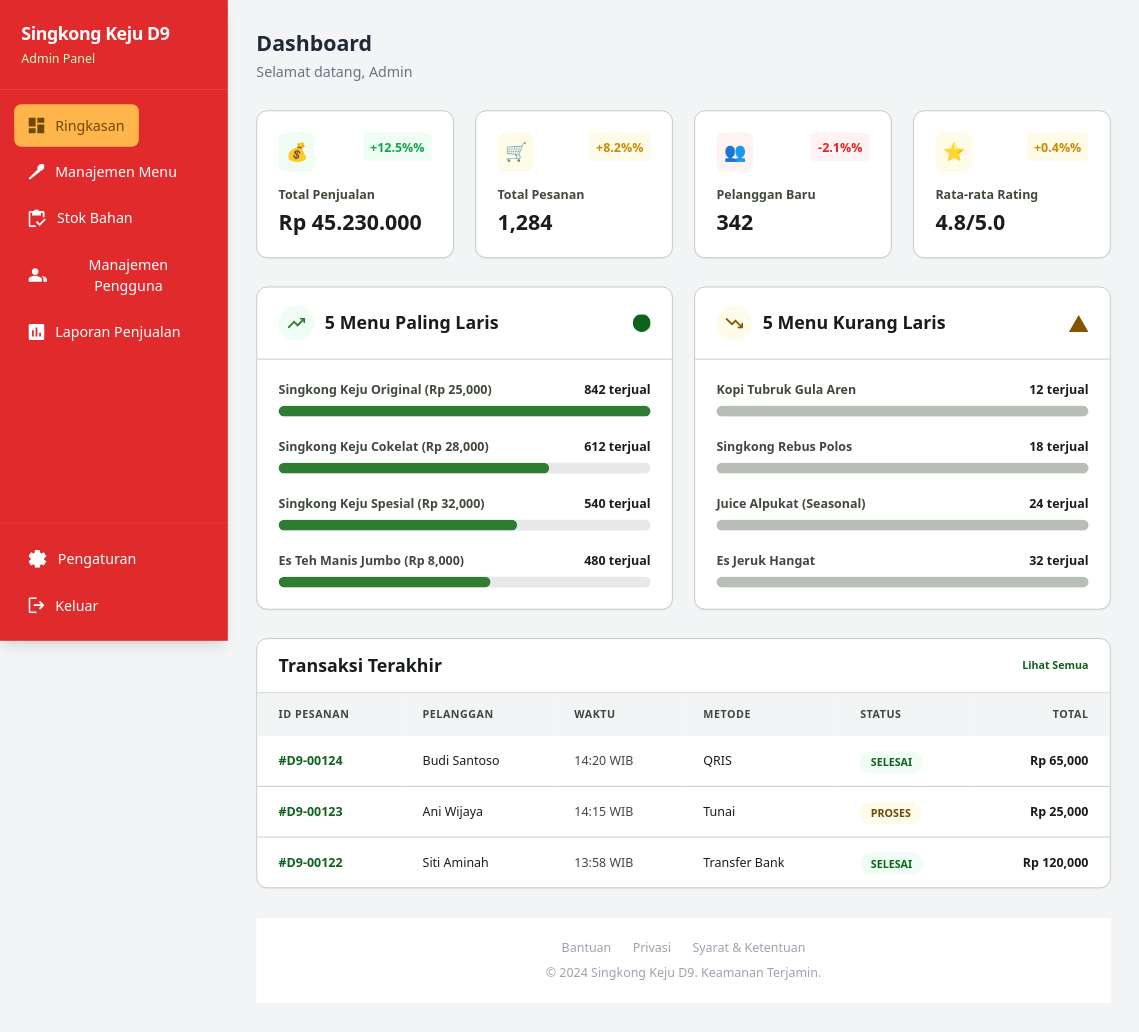
Repository: Warfail/restoran-frontend
Page: /admin
The author's editor kept a copy of each file at every save. The page is drawn from the files as they stood at one save, then again after the next save.
The browser window is 1280 px wide. The pictures show the whole page, at 89% of full size.
The project was rebuilt for these pictures with package versions that can differ from the ones it lists, and the page was loaded fresh each time. Also part of the build but not shown: vite.config.js, src/pages/LoginPage.jsx, src/pages/SalesReportPage.jsx, src/pages/UserListPage.jsx, src/pages/UserManagementpage.jsx.

Above is the page before, as saved 2026-06-15 19:09:46.

After the next save:
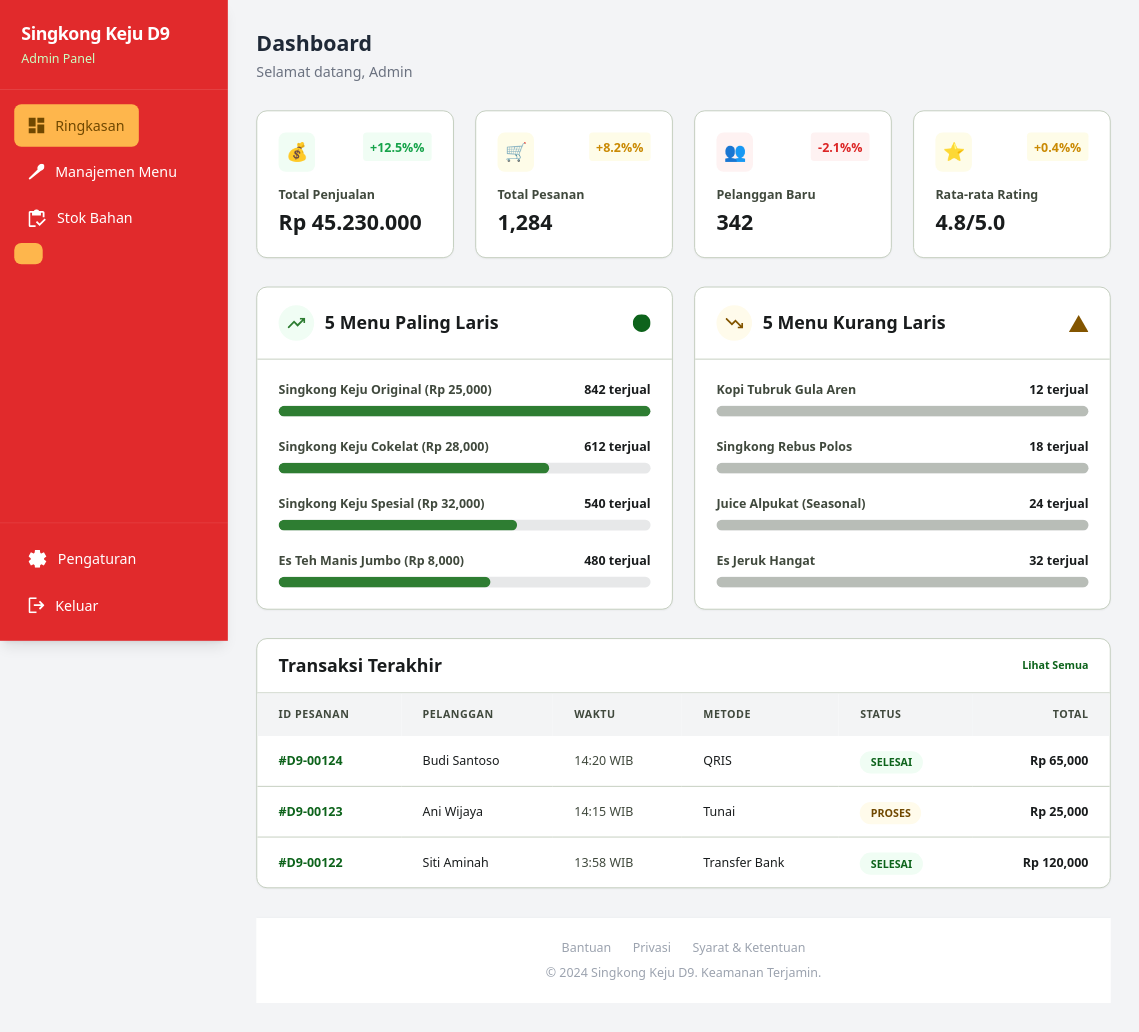
Saved 98 s later.
--- a/src/components/admin/Sidebar.jsx
+++ b/src/components/admin/Sidebar.jsx
@@ -39,21 +39,13 @@
           Stok Bahan
         </button>
 
-        <button onClick={() => navigate("/users")} className="flex items-center gap-3 px-4 py-3 text-white hover:bg-white/10 rounded-lg transition">
-          <svg width="22" height="16" viewBox="0 0 22 16" fill="white">
-            <path d="M0 16V13.2C0 12.6333 0.145833 12.1125 0.4375 11.6375C0.729167 11.1625 1.11667 10.8 1.6 10.55C2.63333 10.0333 3.68333 9.64583 4.75 9.3875C5.81667 9.12917 6.9 9 8 9C9.1 9 10.1833 9.12917 11.25 9.3875C12.3167 9.64583 13.3667 10.0333 14.4 10.55C14.8833 10.8 15.2708 11.1625 15.5625 11.6375C15.8542 12.1125 16 12.6333 16 13.2V16H0Z"/>
-            <path d="M18 16V13C18 12.2667 17.7958 11.5625 17.3875 10.8875C16.9792 10.2125 16.4 9.63333 15.65 9.15C16.5 9.25 17.3 9.42083 18.05 9.6625C18.8 9.90417 19.5 10.2 20.15 10.55C20.75 10.8833 21.2083 11.2542 21.525 11.6625C21.8417 12.0708 22 12.5167 22 13V16H18Z"/>
-            <path d="M8 8C6.9 8 5.95833 7.60833 5.175 6.825C4.39167 6.04167 4 5.1 4 4C4 2.9 4.39167 1.95833 5.175 1.175C5.95833 0.391667 6.9 0 8 0C9.1 0 10.0417 0.391667 10.825 1.175C11.6083 1.95833 12 2.9 12 4C12 5.1 11.6083 6.04167 10.825 6.825C10.0417 7.60833 9.1 8 8 8Z"/>
-          </svg>
-          Manajemen Pengguna
-        </button>
+        <button onClick={() => navigate("/admin")} className="flex items-center gap-3 px-4 py-3 bg-[#FEB64C] text-[#704800] rounded-lg font-medium">
+  {/* icon & teks Ringkasan */}
+</button>
 
-        <button onClick={() => navigate("/admin/reports")} className="flex items-center gap-3 px-4 py-3 text-white hover:bg-white/10 rounded-lg transition">
-          <svg width="18" height="18" viewBox="0 0 18 18" fill="white">
-            <path d="M4 14H6V7H4V14ZM8 14H10V4H8V14ZM12 14H14V10H12V14ZM2 18C1.45 18 0.979167 17.8042 0.5875 17.4125C0.195833 17.0208 0 16.55 0 16V2C0 1.45 0.195833 0.979167 0.5875 0.5875C0.979167 0.195833 1.45 0 2 0H16C16.55 0 17.0208 0.195833 17.4125 0.5875C17.8042 0.979167 18 1.45 18 2V16C18 16.55 17.8042 17.0208 17.4125 17.4125C17.0208 17.8042 16.55 18 16 18H2Z"/>
-          </svg>
-          Laporan Penjualan
-        </button>
+<button onClick={() => navigate("/reports")} className="flex items-center gap-3 px-4 py-3 text-white hover:bg-white/10 rounded-lg transition">
+  {/* icon & teks Laporan Penjualan */}
+</button>
       </nav>
 
       <div className="absolute bottom-0 left-0 right-0 p-4 border-t border-white/10">

After the 5 saves that followed:
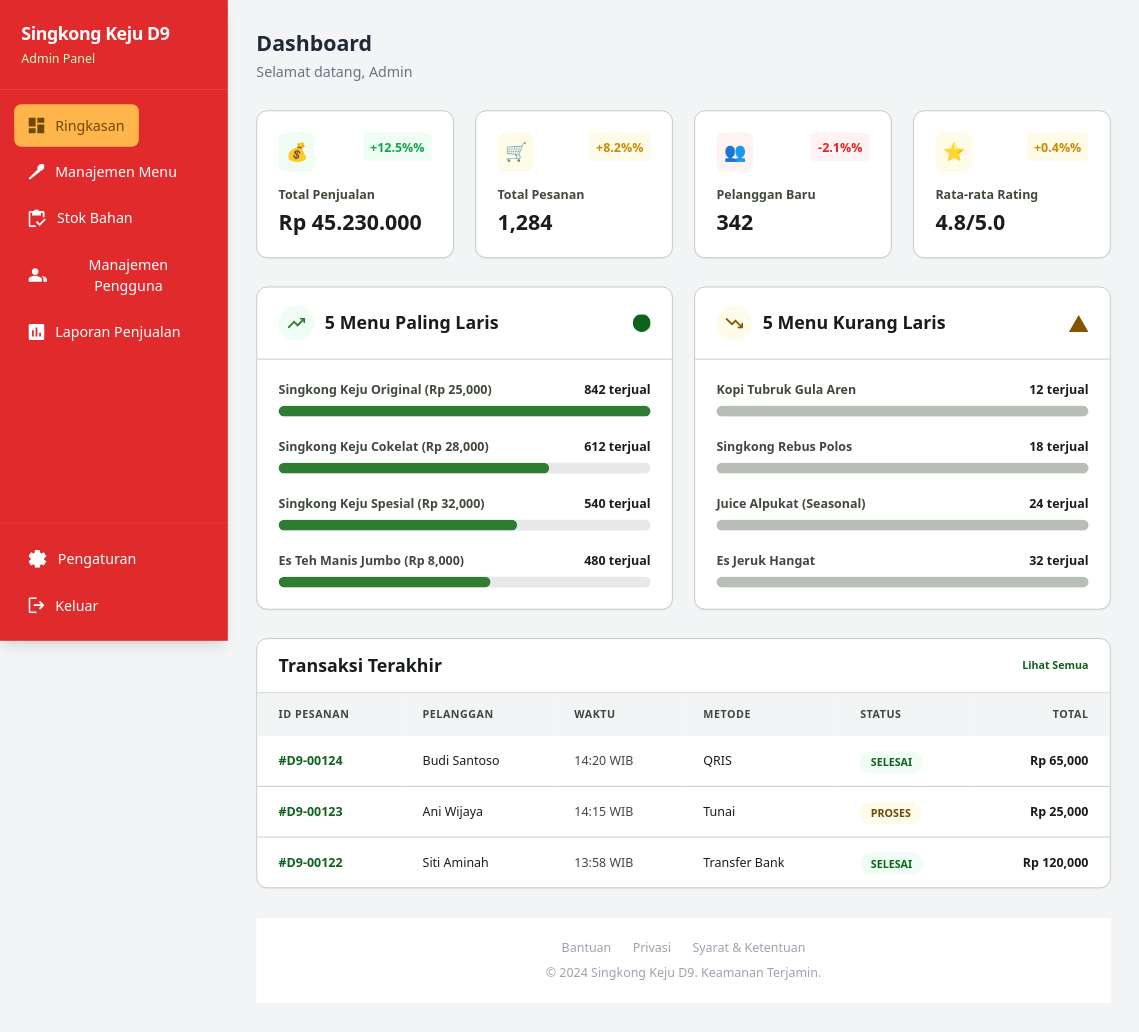
The 5 saves are shown as one change because they came seconds apart.
The last was saved 36 s later.
--- a/src/components/admin/Sidebar.jsx
+++ b/src/components/admin/Sidebar.jsx
@@ -39,13 +39,21 @@
           Stok Bahan
         </button>
 
-        <button onClick={() => navigate("/admin")} className="flex items-center gap-3 px-4 py-3 bg-[#FEB64C] text-[#704800] rounded-lg font-medium">
-  {/* icon & teks Ringkasan */}
-</button>
+        <button onClick={() => navigate("/admin/users")} className="flex items-center gap-3 px-4 py-3 text-white hover:bg-white/10 rounded-lg transition">
+          <svg width="22" height="16" viewBox="0 0 22 16" fill="white">
+            <path d="M0 16V13.2C0 12.6333 0.145833 12.1125 0.4375 11.6375C0.729167 11.1625 1.11667 10.8 1.6 10.55C2.63333 10.0333 3.68333 9.64583 4.75 9.3875C5.81667 9.12917 6.9 9 8 9C9.1 9 10.1833 9.12917 11.25 9.3875C12.3167 9.64583 13.3667 10.0333 14.4 10.55C14.8833 10.8 15.2708 11.1625 15.5625 11.6375C15.8542 12.1125 16 12.6333 16 13.2V16H0Z"/>
+            <path d="M18 16V13C18 12.2667 17.7958 11.5625 17.3875 10.8875C16.9792 10.2125 16.4 9.63333 15.65 9.15C16.5 9.25 17.3 9.42083 18.05 9.6625C18.8 9.90417 19.5 10.2 20.15 10.55C20.75 10.8833 21.2083 11.2542 21.525 11.6625C21.8417 12.0708 22 12.5167 22 13V16H18Z"/>
+            <path d="M8 8C6.9 8 5.95833 7.60833 5.175 6.825C4.39167 6.04167 4 5.1 4 4C4 2.9 4.39167 1.95833 5.175 1.175C5.95833 0.391667 6.9 0 8 0C9.1 0 10.0417 0.391667 10.825 1.175C11.6083 1.95833 12 2.9 12 4C12 5.1 11.6083 6.04167 10.825 6.825C10.0417 7.60833 9.1 8 8 8Z"/>
+          </svg>
+          Manajemen Pengguna
+        </button>
 
-<button onClick={() => navigate("/reports")} className="flex items-center gap-3 px-4 py-3 text-white hover:bg-white/10 rounded-lg transition">
-  {/* icon & teks Laporan Penjualan */}
-</button>
+        <button onClick={() => navigate("/admin/reports")} className="flex items-center gap-3 px-4 py-3 text-white hover:bg-white/10 rounded-lg transition">
+          <svg width="18" height="18" viewBox="0 0 18 18" fill="white">
+            <path d="M4 14H6V7H4V14ZM8 14H10V4H8V14ZM12 14H14V10H12V14ZM2 18C1.45 18 0.979167 17.8042 0.5875 17.4125C0.195833 17.0208 0 16.55 0 16V2C0 1.45 0.195833 0.979167 0.5875 0.5875C0.979167 0.195833 1.45 0 2 0H16C16.55 0 17.0208 0.195833 17.4125 0.5875C17.8042 0.979167 18 1.45 18 2V16C18 16.55 17.8042 17.0208 17.4125 17.4125C17.0208 17.8042 16.55 18 16 18H2Z"/>
+          </svg>
+          Laporan Penjualan
+        </button>
       </nav>
 
       <div className="absolute bottom-0 left-0 right-0 p-4 border-t border-white/10">
